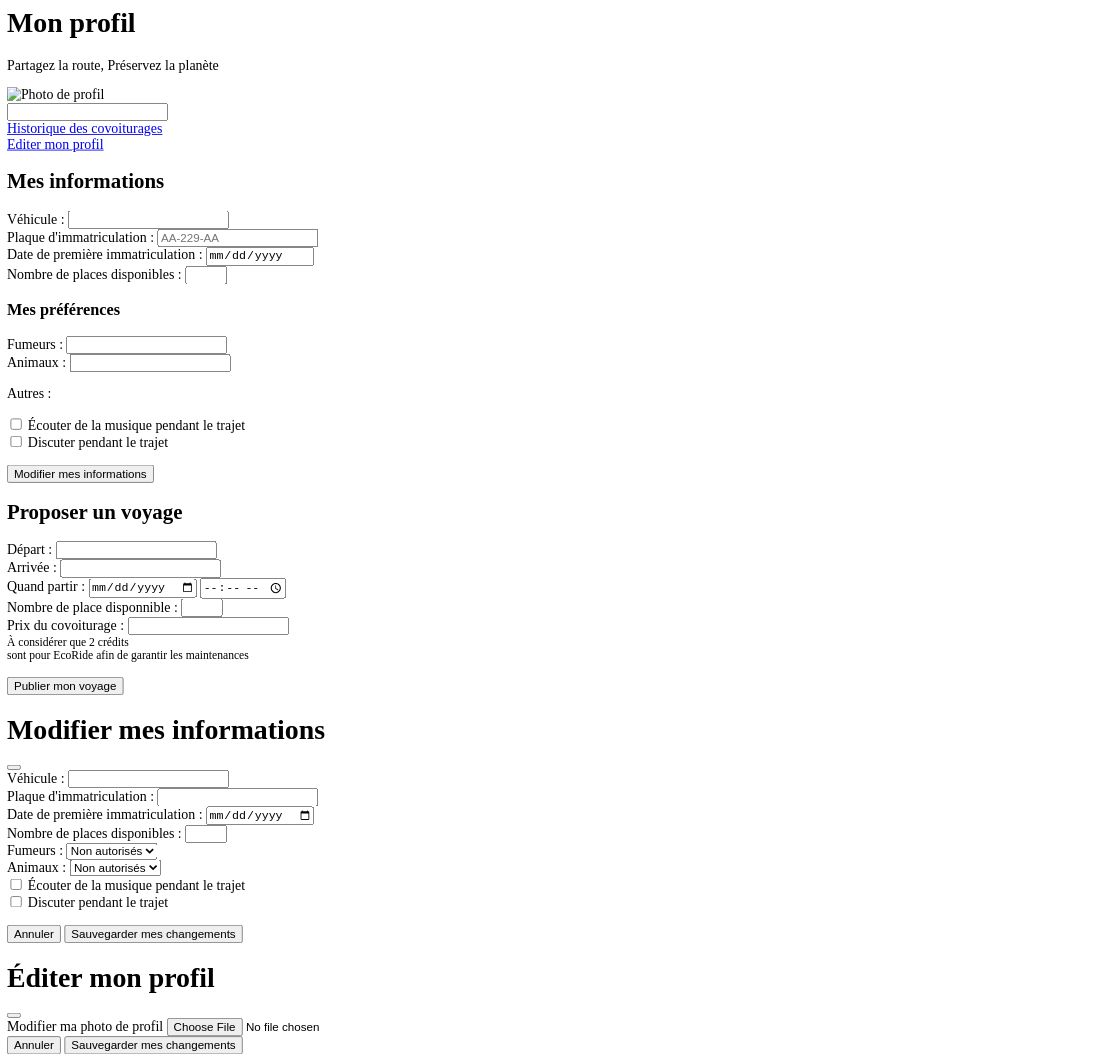
Repository: lemonhao9/ECF
Page: pages/auth/profile.html
These files come from the project's save history. The page is drawn as it stood at one moment and after the next save; the edit follows.
The browser window is 1280 px wide. The pictures show the whole page, at 87% of full size.

Above is the page before, as saved 2025-02-17 16:36:14.

### pages/auth/profile.html
<div class="hero-scene text-center text-secondary">
    <div class="hero-scene-content">
        <h1>Mon profil</h1>
        <p>Partagez la route, Préservez la planète</p>
    </div>
</div>
<aside>
    <div class="ms-5 mt-5">
        <img src="" alt="Photo de profil" class="w-25 h-25"> <br>
        <input type="text" id="bioInput" class="form-text"><br>
        <a href="/historiqueCovoit">Historique des covoiturages</a> <br>
        <a href="#" data-bs-toggle="modal" data-bs-target="#modalEdition">Editer mon profil</a>
    </div>
</aside>

<div class="container pt-3 mt-2 mb-2 col-md-6 col-lg-4" data-show="driver passengerDriver">
    <div class="card text-center bg-dark text-light row justify-content-center mb-5">
        <div>
            <h2 class="text-secondary pt-3">Mes informations</h2>
        </div>
        <div>
                <form>
                <div class="p-4">
                    <div class="mb-3 ms-5 d-flex align-items-center justify-content-start">
                        <label for="vehiculeInput" class="form-label text-light me-3">Véhicule :</label>
                        <input type="text" class="form-control w-auto me-3" id="vehiculeInput" readonly>
                    </div>
                    <div class="mb-3 ms-5 me-3 d-flex align-items-center justify-content-start">
                        <label for="plaqueInput" class="form-label text-light">Plaque d'immatriculation :</label>
                        <input type="text" class="form-control w-auto ms-3" id="plaqueInput" placeholder="AA-229-AA" readonly>
                    </div>
                    <div class="mb-3 ms-5 d-flex align-items-center justify-content-start">
                        <label for="dateImmatInput" class="form-label text-light">Date de première immatriculation :</label>
                        <input type="date" class="form-control w-auto ms-3" id="dateImmatInput" readonly>
                    </div>
                    <div class="mb-3 ms-5 d-flex align-items-center justify-content-start">
                        <label for="placesDispInput" class="form-label text-light">Nombre de places disponibles :</label>
                        <input type="number" class="form-control w-auto ms-3" id="placesDispInput" min="1" max="5" readonly>
                    </div>
                </div>
                    <div>
                        <h3 class="text-secondary">Mes préférences</h3>
                    </div>
                    <div class="mb-3 d-flex align-items-center justify-content-center">
                        <label for="fumeursInput" class="form-check-label">Fumeurs :</label>
                        <input type="text" class="form-control w-auto ms-3" id="fumeursInput" readonly>
                    </div>
                    <div class="mb-3 d-flex align-items-center justify-content-center">
                        <label for="animauxInput" class="form-check-label">Animaux :</label>
                        <input type="text" class="form-control w-auto ms-3" id="animauxInput" readonly>
                    </div>
                    <p class="text-secondary">Autres :</p>
                    <div class="mb-3">
                        <input type="checkbox" class="form-check-input" id="musicInput">
                        <label for="musicInput" class="form-check-label">Écouter de la musique pendant le trajet</label>
                    </div>
                    <div class="mb-3">
                        <input type="checkbox" class="form-check-input" id="speakInput">
                        <label for="speakInput" class="form-check-label">Discuter pendant le trajet</label>
                    </div>
                  </form>
            <!--Bouton qui déclenche une modal pour modifier les informations de l'utilisateur-->
            <div class="pb-3">
                <button class="btn btn-secondary" data-bs-toggle="modal" data-bs-target="#editmodal">Modifier mes informations</button>
            </div>
        </div>
    </div>
</div>
<div class="container p-4 mb-4 col-md-6 col-lg-4" data-show="driver  passengerDriver">
    <div  class="card text-center bg-dark text-light row justify-content-center mb-5">
        <h2 class="text-secondary pt-3"> Proposer un voyage</h2>
        <form>
            <div class="mb-3  d-flex align-items-center justify-content-center">
                <label for="departInfoInput" class="form-label text-light">Départ :</label>
                <input type="text" class="form-control w-auto ms-3" id="departInfoInput">
            </div>
            <div class="mb-3 d-flex align-items-center justify-content-center">
                <label for="arriveeInfoInput" class="form-label text-light">Arrivée :</label>
                <input type="text" class="form-control w-auto ms-3" id="arriveeInfoInput">
            </div>
            <div class="mb-3 d-flex align-items-center justify-content-center">
                <label for="dateDepartInput" class="form-label text-light">Quand partir :</label>
                <input type="date"class="form-control w-auto ms-3" id="dateDepartInput">
                <input type="time"class="form-control w-auto ms-3" id="dateDepartInput">
            </div>
            <div class="mb-3 d-flex align-items-center justify-content-center">
                <label for="placeDispoInput" class="form-label text-light">Nombre de place disponnible :</label>
                <input type="number" class="form-control w-auto ms-3" id="placeDispoInput" min="1" max="5">
            </div>
            <div class="mb-2 d-flex align-items-center justify-content-center">
                <label for="prixInput" class="form-label text-light">Prix du covoiturage :</label>
                <input type="number" class="form-control ms-3" id="prixInput" min="2" aria-describedby="creditsInfo">

            </div>
            <div id="creditsInfo"class="form-text text-light w-auto pb-3"><small>À considérer que 2 crédits <br> sont pour EcoRide afin de garantir les maintenances</small>
                </div>
        </form>
        <div class="pb-3">
            <button class="btn btn-secondary ">Publier mon voyage</button>
        </div>
    </div>
</div>


<!--La modal de modification d'informations driver/passengerDriver -->
<div class="modal fade" id="editmodal" data-bs-backdrop="static" data-bs-keyboard="false" tabindex="-1" aria-labelledby="staticBackdropLabel" aria-hidden="true">
    <div class="modal-dialog">
      <div class="modal-content bg-black">
        <div class="modal-header">
          <h1 class="modal-title fs-5 text-secondary" id="staticBackdropLabel">Modifier mes informations</h1>
          <button type="button" class="btn-close" data-bs-dismiss="modal" aria-label="Close"></button>
        </div>
        <div class="modal-body">
          <form>
            <div class="mb-3 d-flex align-items-center justify-content-center">
                <label for="editVehiculeInput" class="form-label text-light">Véhicule :</label>
                <input type="text" class="form-control w-50 ms-3" id="editVehiculeInput">
            </div>
            <div class="mb-3 d-flex align-items-center justify-content-center">
                <label for="editPlaqueInput" class="form-label text-light">Plaque d'immatriculation :</label>
                <input type="text" class="form-control w-25 ms-3" id="editPlaqueInput">
            </div>
            <div class="mb-3 d-flex align-items-center justify-content-center">
                <label for="editDateImmatInput" class="form-label text-light">Date de première immatriculation :</label>
                <input type="date" class="form-control w-25 ms-3" id="editDateImmatInput">
            </div>
            <div class="mb-3 d-flex align-items-center justify-content-center">
                <label for="editPlacesDispInput" class="form-label text-light">Nombre de places disponibles :</label>
                <input type="number" class="form-control w-25 ms-3" id="editPlacesDispInput" min="1" max="5">
            </div>
            <div class="mb-3 d-flex align-items-center justify-content-center">
                <label for="editFumeursInput" class="form-check-label text-light me-3">Fumeurs :</label>
                        <select name="fumeurs" id="editFumeursInput">
                            <option value="smokeBanned" >Non autorisés</option>
                            <option value="smokeAuthorised">Autorisés</option>
                        </select>
            </div>
            <div class="mb-3 d-flex align-items-center justify-content-center">
                <label for="editAnimauxInput" class="form-check-label text-light me-3">Animaux :</label>
                        <select name="animaux" id="editAnimauxInput">
                            <option value="anxBanned" >Non autorisés</option>
                            <option value="anxAuthorised">Autorisés</option>
                        </select>
            </div>
            <div class="mb-3">
                <input type="checkbox" class="form-check-input" id="editMusicInput">
                <label for="editMusicInput" class="form-check-label text-light">Écouter de la musique pendant le trajet</label>
            </div>
            <div class="mb-3">
                <input type="checkbox" class="form-check-input" id="editSpeakInput">
                <label for="editSpeakInput" class="form-check-label text-light">Discuter pendant le trajet</label>
            </div>
          </form>
        </div>
        <div class="modal-footer">
          <button type="button" class="btn btn-secondary" data-bs-dismiss="modal">Annuler</button>
          <button type="button" class="btn btn-primary" id="saveInfo">Sauvegarder mes changements</button>
        </div>
      </div>
    </div>
</div>

<!--La modal de modification info profil-->
<div class="modal fade" id="modalEdition" data-bs-backdrop="static" data-bs-keyboard="false" tabindex="-1" aria-labelledby="staticBackdropLabel" aria-hidden="true">
    <div class="modal-dialog modal-dialog-centered">
        <div class="modal-content bg-primary">
            <div class="modal-header">
                <h1 class="modal-title fs-5 text-secondary" id="staticBackdropLabel">Éditer mon profil</h1>
                <button type="button" class="btn-close" data-bs-dismiss="modal" aria-label="Close"></button>
            </div>
            <div class="modal-body">
                <label for="pdpInput" class="form-label text-light">Modifier ma photo de profil</label>
                <input type="file" class="form-control-file" id="pdpInput">
            </div>
            <div class="modal-footer">
                <button type="button" class="btn btn-secondary" data-bs-dismiss="modal">Annuler</button>
                <button type="button" class="btn btn-primary" id="saveInfo">Sauvegarder mes changements</button>
            </div>
        </div>
    </div>
</div>

After the next save:
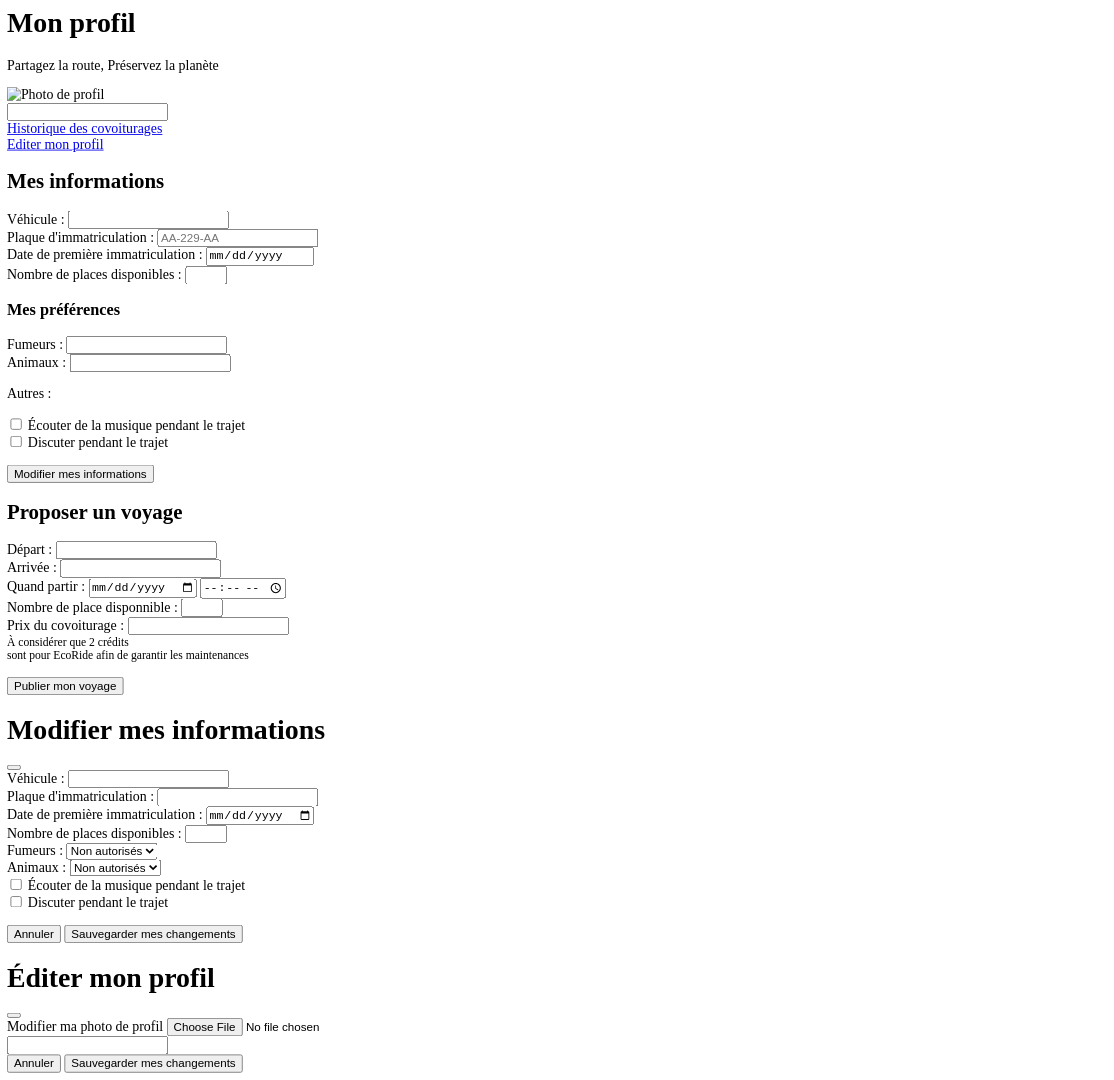
Saved 66 s later.
--- a/pages/auth/profile.html
+++ b/pages/auth/profile.html
@@ -7,7 +7,7 @@
 <aside>
     <div class="ms-5 mt-5">
         <img src="" alt="Photo de profil" class="w-25 h-25"> <br>
-        <input type="text" id="bioInput" class="form-text"><br>
+        <input type="text" id="bioInput" class="form-text" readonly><br>
         <a href="/historiqueCovoit">Historique des covoiturages</a> <br>
         <a href="#" data-bs-toggle="modal" data-bs-target="#modalEdition">Editer mon profil</a>
     </div>
@@ -169,8 +169,13 @@
                 <button type="button" class="btn-close" data-bs-dismiss="modal" aria-label="Close"></button>
             </div>
             <div class="modal-body">
+                <div>
                 <label for="pdpInput" class="form-label text-light">Modifier ma photo de profil</label>
                 <input type="file" class="form-control-file" id="pdpInput">
+            </div>
+            <div>
+                <input type="text" id="bioInput" class="form-text">
+            </div>
             </div>
             <div class="modal-footer">
                 <button type="button" class="btn btn-secondary" data-bs-dismiss="modal">Annuler</button>
